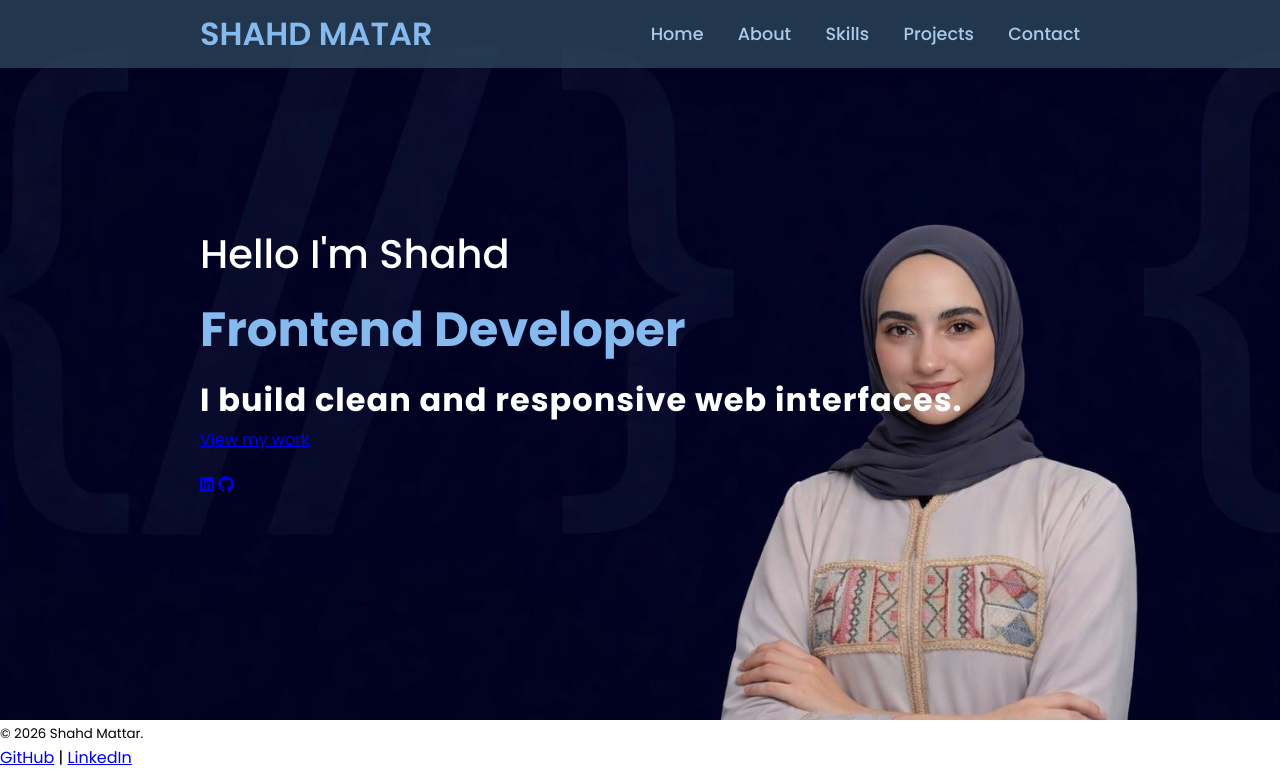
Repository: shahdmattar/personal-landing-page
Page: index.html
These files come from the project's save history. The page is drawn as it stood at one moment and after the next save; the edit follows.
The browser window is 1280 px wide. The pictures show the whole page.
Backgrounds fixed to the window are drawn as part of the page.

Above is the page before, as saved 2026-04-15 11:55:30.

After the next save:
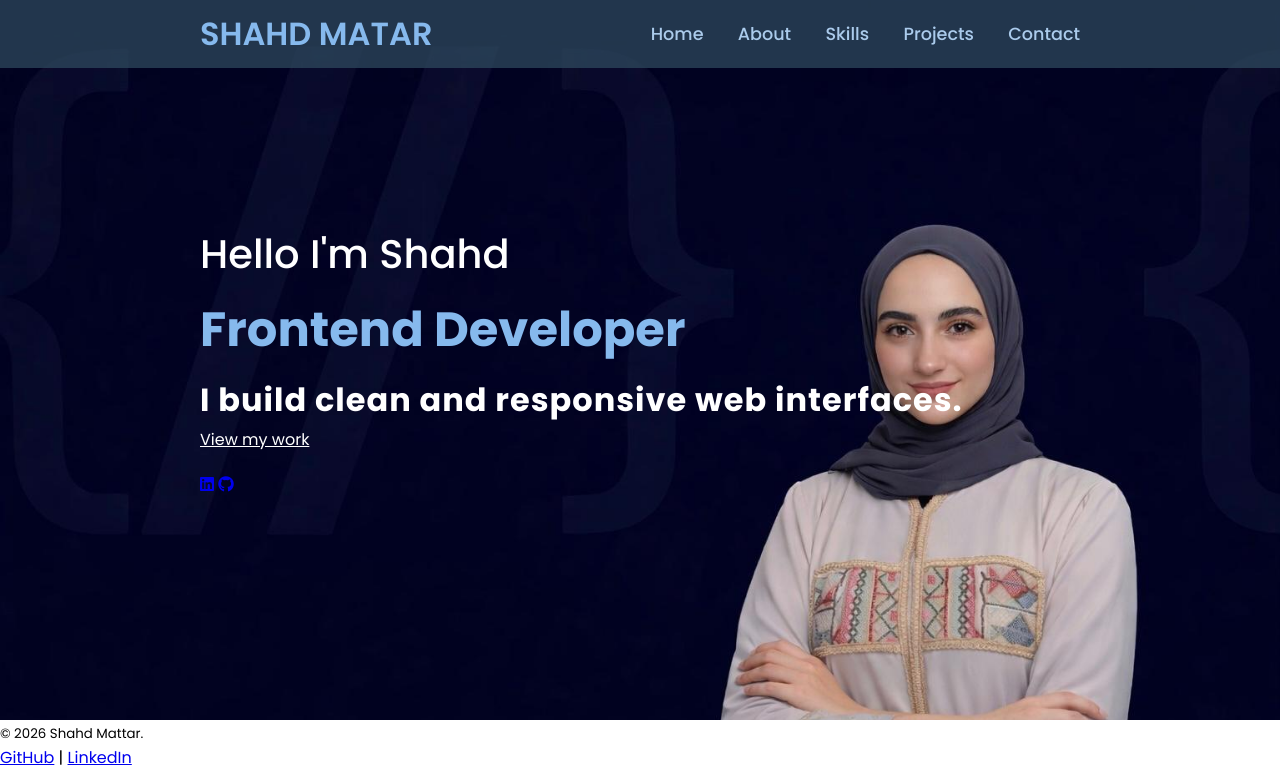
Saved 5 s later.
--- a/style.css
+++ b/style.css
@@ -80,7 +80,7 @@ section{
 }
 
 .main-btn{
-  color:#ff;
+  color:#fff;
 }
 .main .social-icons{
   margin-top: 20px;
